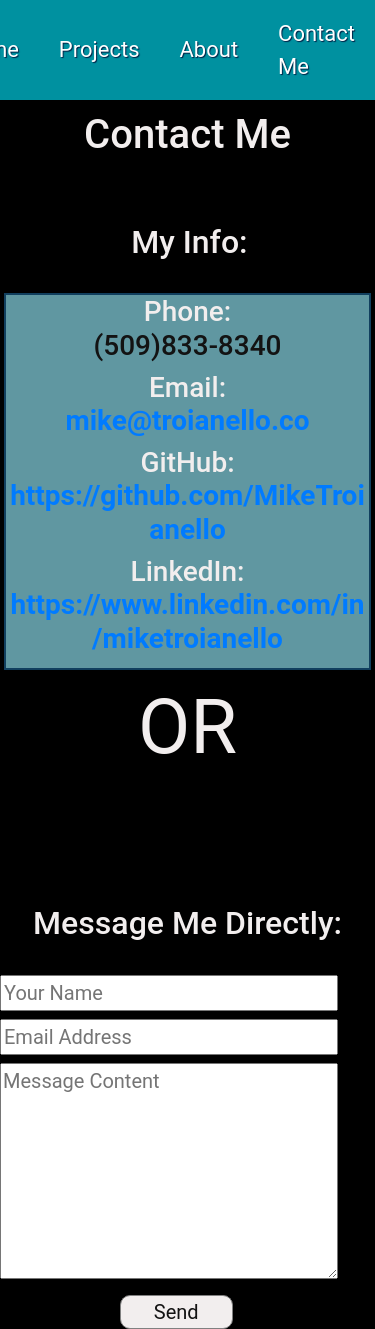
Repository: MikeTroianello/troianello
Page: /contact
An editor plug-in stored every save of this project. The page is shown before and after the next save, followed by the edit.
The browser window is 375 px wide. The pictures show the whole page.
The project was rebuilt for these pictures with package versions that can differ from the ones it lists, and the page was loaded fresh each time. Also part of the build but not shown: src/components/context-sensitive/Greet.js, src/components/locations/Home.js, src/components/locations/About/About.css, src/components/locations/About/AboutMobile.css, src/components/locations/About/About.js, src/components/cards/RainbowDay.js, src/components/cards/CanvasBubbles.js, src/components/cards/projectCard.css and 4 more.

Above is the page before, as saved 2019-08-02 18:17:21.

### public/index.html
<!DOCTYPE html>
<html lang="en">
  <head>
    <meta charset="utf-8" />
    <link rel="shortcut icon" href="%PUBLIC_URL%/favicon.ico" />
    <meta name="viewport" content="width=device-width, initial-scale=1" />
    <meta name="theme-color" content="#000000" />
    <!--
      manifest.json provides metadata used when your web app is installed on a
      user's mobile device or desktop. See https://developers.google.com/web/fundamentals/web-app-manifest/
    -->
    <link rel="manifest" href="%PUBLIC_URL%/manifest.json" />
    <!--
      Notice the use of %PUBLIC_URL% in the tags above.
      It will be replaced with the URL of the `public` folder during the build.
      Only files inside the `public` folder can be referenced from the HTML.

      Unlike "/favicon.ico" or "favicon.ico", "%PUBLIC_URL%/favicon.ico" will
      work correctly both with client-side routing and a non-root public URL.
      Learn how to configure a non-root public URL by running `npm run build`.
    -->
    <title>MIKE TROIANELLO</title>
  </head>
  <body>
    <noscript>You need to enable JavaScript to run this app.</noscript>
    <div id="root"></div>
  </body>
</html>

### src/App.js
import React, { Component } from 'react';
import { BrowserRouter as Router, Route, Switch } from 'react-router-dom';
import Header from './components/Header';
import Home from './components/locations/Home';
import About from './components/locations/About/About';
import Projects from './components/locations/Projects';
import Contact from './components/locations/Contact/Contact';
import NotFound from './components/locations/NotFound';
import Greet from './components/context-sensitive/Greet.js';
import './App.css';

class App extends Component {
  // state = {
  //   header: '',
  //   hours: new Date().getHours()
  // };

  // componentDidMount() {
  //   window.addEventListener('scroll', this.handleScroll);
  // }

  // componentWillUnmount() {
  //   window.removeEventListener('scroll', this.handleScroll);
  // }

  // handleScroll = event => {
  //   let scrollTop = event.srcElement.body.scrollTop;
  //   console.log(window.scrollY);
  //   // if(window.scrollY > 200 && this.state.header) {
  //   if (window.scrollY < 88) {
  //     this.setState({ header: '' });
  //     console.log(this.state.header);
  //   }
  //   if (window.scrollY > 88 && window.scrollY < 502) {
  //     this.setState({ header: <Greet classname='header-greet' /> });
  //     console.log(this.state.header);
  //   }
  //   if (window.scrollY > 503 && window.scrollY < 1266) {
  //     this.setState({ header: 'My Projects' });
  //     console.log(this.state.header);
  //   }
  //   if (window.scrollY > 1267) {
  //     this.setState({ header: 'About Me' });
  //     console.log(this.state.header);
  //   }
  // };

  render() {
    return (
      <div className='App'>
        <Router>
          {/* <Header showHeader={this.state.header} /> */}
          <Header />
          <div>
            <Switch>
              <Route exact path='/' component={Home} />
              <Route exact path='/about' component={About} />
              <Route exact path='/projects' component={Projects} />
              <Route exact path='/contact' component={Contact} />
              <Route component={NotFound} />
            </Switch>
          </div>
        </Router>
      </div>
    );
  }
}

export default App;

### src/components/Header.js
import React, { Component } from 'react';
import { Link } from 'react-router-dom';
import Greet from '../components/context-sensitive/Greet.js';

export default class Header extends Component {
  render() {
    // let headerClass = this.props.showHeader ? 'header' : 'header transition';
    // if(this.props.showHeader == "time"){
    //   this.props.showHeader = <Greet/>
    // }
    /* <div className={headerClass}> */
    return (
      <div className='header'>
        <div className='links'>
          {/* <div className='logo'>
            <Link to='/'>Mt</Link>
          </div> */}
          <Link to='/' className='logo-2'>
            <h1 className='mt-logo'>Mt</h1>
          </Link>
          <div>{this.props.showHeader}</div>

          <div className='individual-link'>
            <Link to='/'>Home</Link>
          </div>
          <div className='individual-link'>
            <Link to='/projects'>Projects</Link>
          </div>
          <div className='individual-link'>
            <Link to='/about'>About</Link>
          </div>
          <div className='individual-link test'>
            <Link to='/contact'>Contact Me</Link>
          </div>
        </div>
      </div>
    );
  }
}

### src/components/locations/Contact/Contact.js
import React from 'react';
import './Contact.css';
import './ContactMobile.css';

export default function Contact() {
  return (
    <div className='contact-page'>
      <h1 className='contact-center'>Contact Me</h1>
      <div className='row'>
        <div className='col-sm-5 contact-side-one'>
          <h2 className='contact-center-one'>My Info:</h2>
          <div className='contact-side-one-box'>
            <h3>
              Phone:
              <br />
              <span className='contact-number'>(509)833-8340</span>
            </h3>
            <h3>
              <h3>
                Email:
                <br />
                <strong>
                  <a
                    href='mailto:mike@troianello.co'
                    target='_blank'
                    rel='noopener noreferrer'
                  >
                    mike@troianello.co
                  </a>
                </strong>
              </h3>
              GitHub:
              <br />
              <strong>
                <a
                  href='https://github.com/MikeTroianello'
                  target='_blank'
                  rel='noopener noreferrer'
                >
                  https://github.com/MikeTroianello
                </a>
                <br />
              </strong>
            </h3>
            <h3>
              LinkedIn: <br />
              <strong>
                <a
                  href='https://www.linkedin.com/in/miketroianello'
                  target='_blank'
                  rel='noopener noreferrer'
                >
                  https://www.linkedin.com/in/miketroianello
                </a>
              </strong>
            </h3>
          </div>
        </div>
        <div className='col-sm-2 or'>OR</div>
        <div className='col-sm-5 contact-side-two'>
          <h2 className='contact-center-two'>Message Me Directly:</h2>
          <form
            className='contact-message'
            action='https://formspree.io/mike@troianello.co'
            method='POST'
          >
            <label>
              <input
                type='name'
                name='name'
                className='contact-message-input'
                placeholder='Your Name'
              />
            </label>
            <label>
              <input
                type='email'
                name='email'
                className='contact-message-input'
                placeholder='Email Address'
              />
            </label>
            <label>
              <textarea
                rows='7'
                name='content'
                className='contact-message-input'
                placeholder='Message Content'
              />
            </label>
            <button className='contact-button'>Send</button>
          </form>
        </div>
      </div>
    </div>
  );
}

### src/App.css
:root {
  --off-black: #131313;
  --off-white: #f2eeee;
}

.App {
  font-family: 'roboto';
}
@import url('https://fonts.googleapis.com/css?family=Chivo&display=swap');
@import url('https://fonts.googleapis.com/css?family=Roboto&display=swap');
@import url('https://fonts.googleapis.com/css?family=Exo+2:800&display=swap');

.App-header {
  background-color: #282c34;
  min-height: 100vh;
  display: flex;
  flex-direction: column;
  /* align-items: center; */
  justify-content: center;
  font-size: calc(10px + 2vmin);
  /* color: white; */
}

/* .App-link {
  color: #61dafb;
} */

body {
  padding-top: 47px;
}

div {
  font-size: 20px;
}

p {
  margin-left: 4em;
  color: var(--off-black);
}

/* HEADER */

.header {
  background-color: #0091a0;
  /* background-color: #192e6c; */
  overflow: hidden;
  position: fixed;
  top: 0;
  width: 100%;
  height: 100px;
  z-index: 1;
  transition: all 0.5s;
}

.header.transition {
  transition: all 0.5s;
}

.header a {
  text-decoration: none;
  font-family: 'roboto';
  color: white;
  text-shadow: 1px 1px 1px #002145;
  font-size: 1.1em;
}

/* HOME PAGE */

/* .home-bg {
  height: 300vh;
} */

.link {
  margin-left: 15em;
}

.link a {
  color: var(--off-white);
  background-color: #0091a0;
  border-style: solid;
  border-color: #a2d7dc;
  border-width: 2px;
  font-size: 1.75em;
  padding: 0.5em;
  /* border-radius: 5px; */
}

.home-top {
  background-color: #0091a0;
  height: 65vh;
  width: 100%;
  transform: skewY(-5deg);
  margin-top: -5vh;
  padding: 0;
}

.home-top h1 {
  text-align: center;
  color: var(--off-white);
  font-size: 5em;
  padding-left: 0.6em;
  padding-top: 0.8em;
  margin-bottom: 0;
  padding-bottom: 0;
  transform: skewY(5deg);
  text-shadow: 1px 1px 1px #007783;
}

.home-top h2 {
  text-align: center;
  color: var(--off-white);
  padding-left: 0.6em;
  margin-bottom: 0;
  padding-bottom: 0;
  transform: skewY(5deg);
  text-shadow: 1px 1px 1px #007783;
}

.home-typewriter-setup {
  /* position: relative;
    width: 29em;
    margin: 0 auto;
    text-align: center;
    white-space: nowrap;
    overflow: hidden; */
  position: relative;
  width: 24em;
  margin: 10vh auto;
  border-right: 3px solid rgba(255, 255, 255, 0.75);
  font-size: 180%;
  text-align: center;
  white-space: nowrap;
  overflow: hidden;
}

.home-typewriter-animation {
  animation: typewriter 4s steps(65) 1s 1 normal both,
    blinkTextCursor 1000ms steps(40) infinite normal;
}

@keyframes typewriter {
  from {
    width: 0;
  }
  to {
    width: 29.5em;
  }
}
@keyframes blinkTextCursor {
  from {
    border-right-color: rgba(255, 255, 255, 0.75);
  }
  to {
    border-right-color: transparent;
  }
}

.home-fade1 {
  height: 2vh;
  width: 100%;
  background-color: #a2d7dc;
  transform: skewY(-5deg);
  margin-top: -1vh;
}

.home-fade2 {
  height: 1vh;
  width: 100%;
  background-color: #e1e3e5;
  /* margin-top: -1vh; */
}

.home-about {
  height: 105vh;
  background: url('./components/images/pics/album-pics/thumbnail-3.jpg')
    no-repeat;
  background-size: 100% auto;
  background-position: 0 -30vh;
  /* background-repeat: no-repeat; */
  /* background-color: #909a9f; */
}

.home-about h1 {
  color: var(--off-white);
  font-size: 4.25em;
  margin-left: 1.25em;
}

.home-projects {
  font-size: 2em;
  padding-top: 1em;
  height: 110vh;
}

.home-projects h1 {
  color: var(--off-black);
  font-size: 2em;
  text-align: center;
}

.home-album-text {
  mix-blend-mode: difference;

  /* mix-blend-mode: exclusion; */
}

.home-contact {
  height: 50vh;
}

.home-contact h1 {
  font-size: 4.5em;
  margin-left: 1em;
  color: var(--off-white);
}

/* PROJECTS PAGE */

.projects {
  background-color: #1c7787;
  color: var(--off-white);
  /* height: 104vh; */
  /* margin-top: -3em; */
  padding-top: 3em;
  overflow: hidden;
  min-height: 97.45vh;
}

.project-box {
  display: flex;
  flex-wrap: wrap;
  justify-content: space-around;
  text-decoration: none;
  /* margin: 1vh 0; */
}

/* .project-box :hover {
  background: rgba(0, 0, 0, 1);
} */

.projects-title {
  text-align: center;
}

.projects-technologies {
  padding: 10vh 0 0 1.33vw;
  background-color: #1c7787;
  border-right: 1.5px solid black;
}

/* COLOR SCHEME REMAINING CLASSES DON'T DELETE YET!!!! */

/* .container-fluid {
  height: 500px;
} */

/* .row {
  height: 500px;
} */

.links {
  display: flex;
  justify-content: flex-end;
  align-items: center;
}

.individual-link {
  margin: 0 1em;
}

/* logo */

.logo {
  color: white;
  padding: 1px 6px;
  font-size: 1.35em;
  font-weight: bold;
  border-style: solid;
  border-color: White;
  border-width: 2px;
  margin: 20px auto 20px 15px;
}

.logo-2 {
  color: white;
  padding: 1px 6px 0;
  font-weight: bold;
  border-style: solid;
  border-color: White;
  border-width: 2px;
  margin: 20px auto 20px 15px;
}

.mt-logo {
  margin: 3px 0;
}

.react {
  animation-name: spin;
  animation-duration: 35s;
  animation-iteration-count: infinite;
  animation-timing-function: linear;
}

@keyframes spin {
  from {
    transform: rotate(0deg);
  }
  to {
    transform: rotate(360deg);
  }
}

/* table,
th,
td {
  border: 2px solid black;
}

td {
  font-size: 2em;
} */

### src/components/locations/Contact/Contact.css
.contact-page {
  background-color: #1c7787;
  color: var(--off-white);
  /* height: 101.8vh; HERE */
  min-height: 101.8vh;
  overflow: hidden;
  margin-top: -3em;
  padding-top: 3em;
}

.contact-page h1 {
  margin: 8vh;
}

/* .contact-side-one {
  } */

.contact-side-one-box {
  border: 2px solid #113f5e;
  background-color: rgba(137, 215, 229, 0.7);
  text-align: center;
  margin-left: 1vw;
  margin-right: 1vw;
  padding-bottom: 5px;
  word-wrap: break-word;
}

.contact-number {
  color: var(--off-black);
}

.contact-center {
  text-align: center;
  margin-bottom: 4vh;
}

.contact-center-one {
  text-align: center;
  margin-bottom: 4vh;
  margin-left: 1vw;
}

.contact-center-two {
  text-align: center;
  margin-bottom: 4vh;
}

.or {
  margin-bottom: 15vh;
  display: flex;
  justify-content: center;
  align-items: center;
  font-size: 3.8em;
  color: var(--off-white);
}

/* .contact-side-two{
    display: flex;
  } */

.contact-message {
  flex-direction: column;
  /* align-items:center; */
  display: flex;
}

.contact-message-input {
  width: 90%;
}

.contact-button {
  width: 30%;
  border: 1px solid gray;
  border-radius: 10px;
  color: var(--off-black);
  background: var(--off-white);
  margin-left: 32%;
}

### src/components/locations/Contact/ContactMobile.css
@media (max-width: 425px) {
  .contact-page {
    background-color: black;
    color: var(--off-white);
    /* height: 101.8vh; HERE */
    min-height: 101.8vh;
    overflow: hidden;
    margin-top: -3em;
    padding-top: 3em;
  }

  .contact-page h1 {
    margin: 8vh;
  }

  /* .contact-side-one {
  } */

  .contact-side-one-box {
    border: 2px solid #113f5e;
    background-color: rgba(137, 215, 229, 0.7);
    text-align: center;
    margin-left: 1vw;
    margin-right: 1vw;
    padding-bottom: 5px;
    word-wrap: break-word;
  }

  .contact-number {
    color: var(--off-black);
  }

  .contact-center {
    text-align: center;
    margin-bottom: 4vh;
  }

  .contact-center-one {
    text-align: center;
    margin-bottom: 4vh;
    margin-left: 1vw;
  }

  .contact-center-two {
    text-align: center;
    margin-bottom: 4vh;
  }

  .or {
    margin-bottom: 15vh;
    display: flex;
    justify-content: center;
    align-items: center;
    font-size: 3.8em;
    color: var(--off-white);
  }

  /* .contact-side-two{
    display: flex;
  } */

  .contact-message {
    flex-direction: column;
    /* align-items:center; */
    display: flex;
  }

  .contact-message-input {
    width: 90%;
  }

  .contact-button {
    width: 30%;
    border: 1px solid gray;
    border-radius: 10px;
    color: var(--off-black);
    background: var(--off-white);
    margin-left: 32%;
  }
}

Loaded but not shown: src/index.js (common file); src/index.css (common file); src/serviceWorker.js (common file)

After the next save:
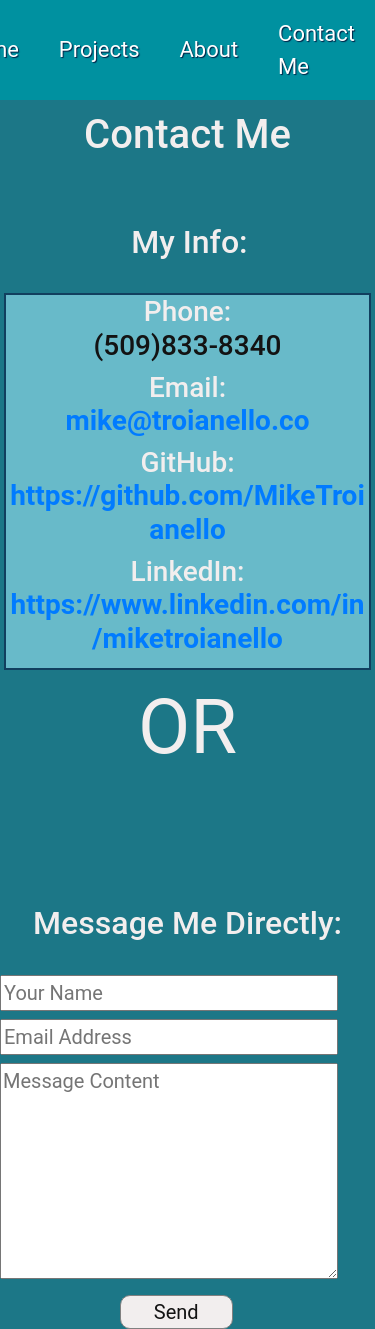
Saved 67 s later.
--- a/src/components/locations/Contact/ContactMobile.css
+++ b/src/components/locations/Contact/ContactMobile.css
@@ -1,8 +1,5 @@
 @media (max-width: 425px) {
   .contact-page {
-    background-color: black;
-    color: var(--off-white);
-    /* height: 101.8vh; HERE */
     min-height: 101.8vh;
     overflow: hidden;
     margin-top: -3em;
